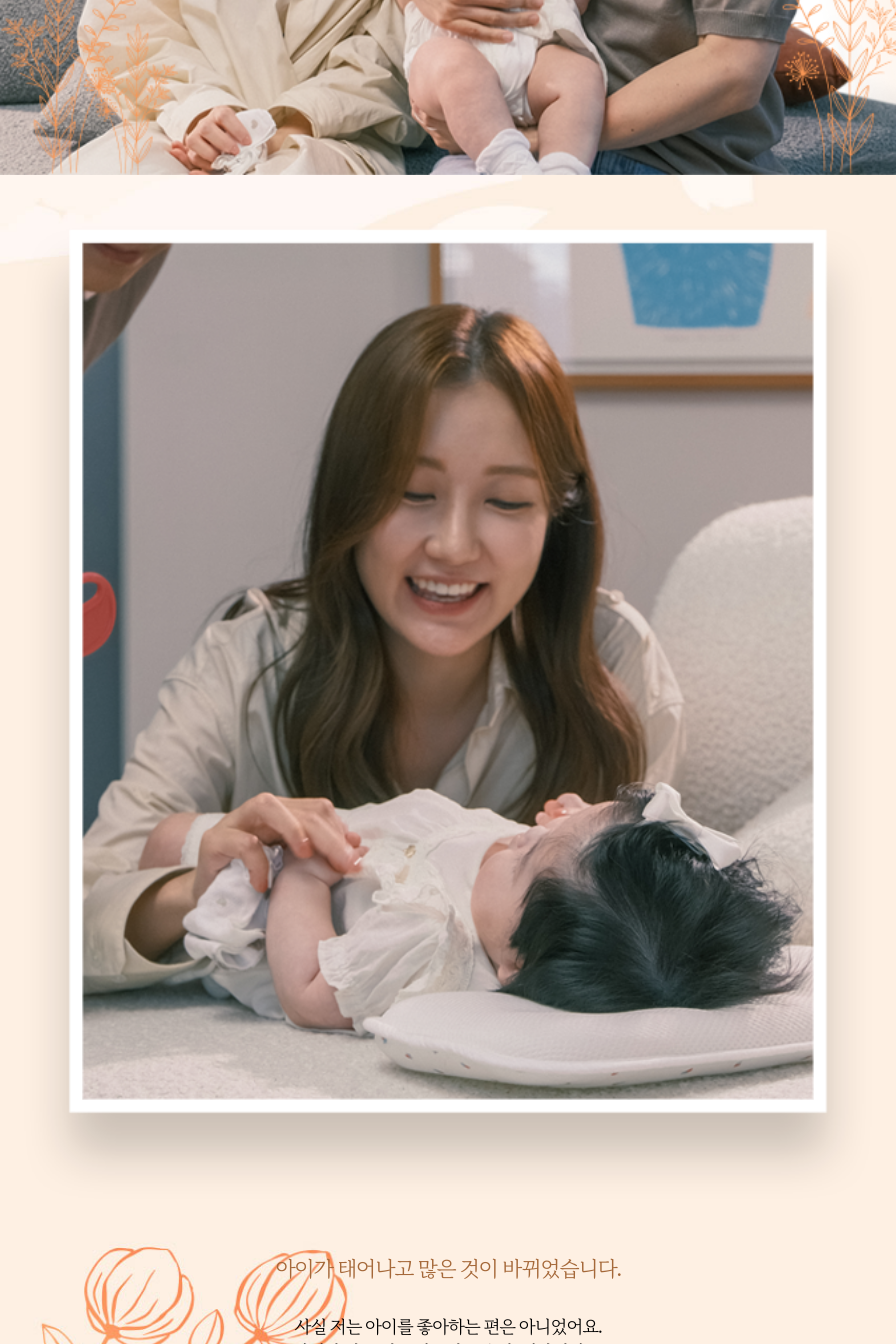
Repository: dlgywls1130/saveTheChildren_2024
Page: index.html
These files come from the project's save history. The page is drawn as it stood at one moment and after the next save; the edit follows.
The browser window is 1280 px wide. The pictures show the part of the page from y = 2707 to 4627 px (the page is 18560 px tall before and 18660 px after), at 70% of full size.
Some web fonts or font styles are not loaded; a fallback is used. The style sheet was rebuilt from its Sass, Less or Tailwind sources for each picture, by a compiler version that may differ from the author's.

Above is the page before, as saved 2024-11-03 23:52:46.

After the next save:
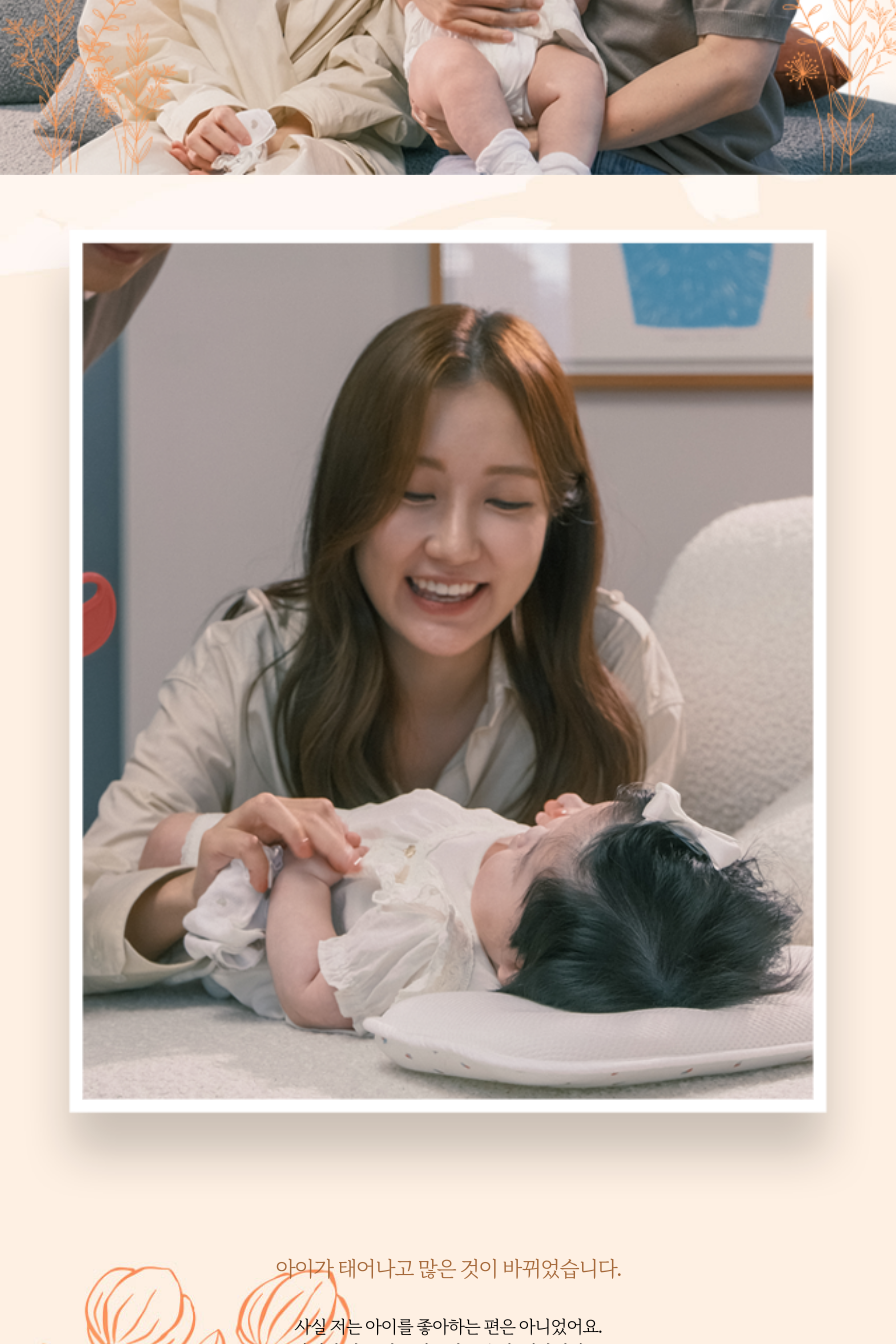
Saved 13 s later.
--- a/index.html
+++ b/index.html
@@ -130,7 +130,7 @@
             </div>
 
             <div class="story_04">
-                <div class="story04_01">
+                <div class="story04_01 mb-100">
 
                     <div class="story_image">
                         <img src="/images/s4_1.png" alt="stroy">
